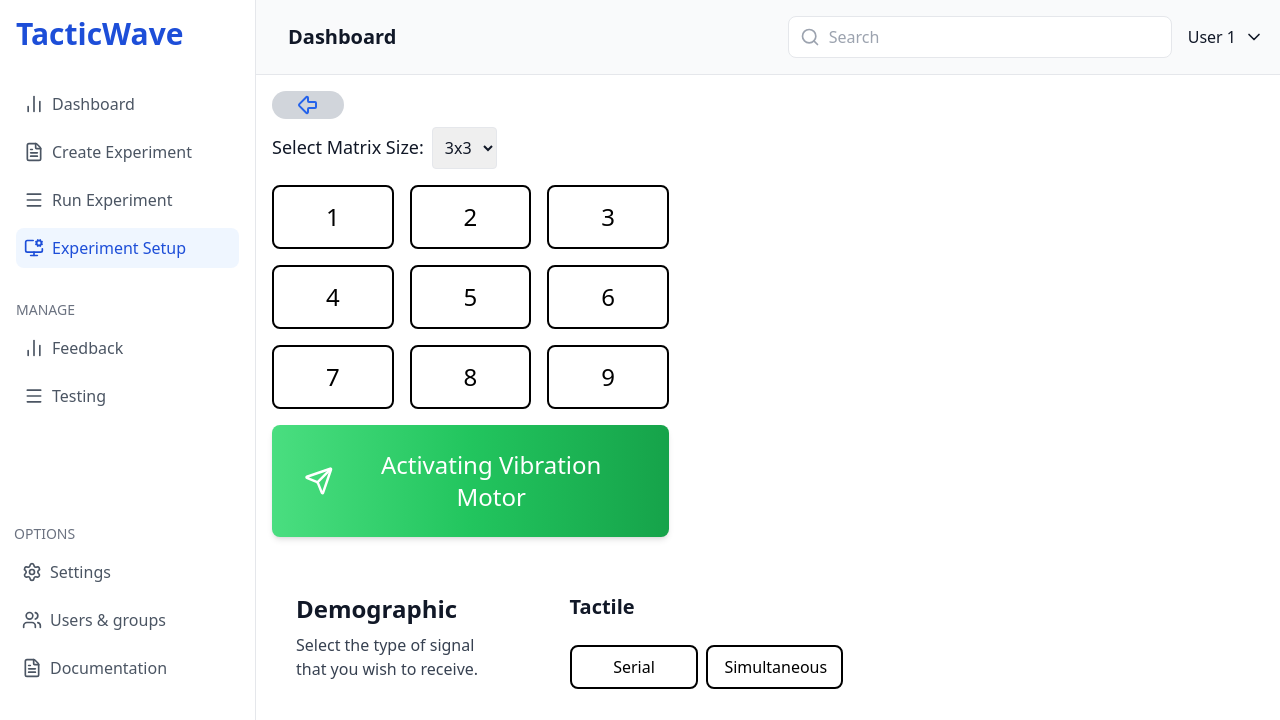
Repository: Nguyenle23/TacticWave
Page: /setup (app in Client/)
An editor plug-in stored every save of this project. The page is shown before and after the next save, followed by the edit.
The browser window is 1280 px wide. The pictures show the whole page.
An inner scrolling area shows only its first screen. The project was rebuilt for these pictures with package versions that can differ from the ones it lists, and the page was loaded fresh each time. Also part of the build but not shown: Client/vite.config.js, Client/src/components/commons/Modal.jsx, Client/src/components/dashboard/ExperimentList/ExperimentItem.jsx, Client/src/components/dashboard/ExperimentList/ExperimentList.jsx, Client/src/components/dashboard/Statistics/StatisticsCard.jsx, Client/src/components/dashboard/Statistics/Statistics.jsx, Client/src/components/dashboard/Dashboard.jsx, Client/src/pages/DashboardPage.jsx and 7 more.

Above is the page before, as saved 2024-12-06 20:13:01.

### Client/index.html
<!doctype html>
<html lang="en">
  <head>
    <meta charset="UTF-8" />
    <link rel="icon" type="image/svg+xml" href="/vite.svg" />
    <meta name="viewport" content="width=device-width, initial-scale=1.0" />
    <title>TacticWave</title>
  </head>
  <body>
    <div id="root"></div>
    <script type="module" src="/src/main.jsx"></script>
  </body>
</html>

### Client/src/index.css
/* index.css */
@tailwind base;
@tailwind components;
@tailwind utilities;

/* Custom styles for the project */
body {
  @apply bg-gray-100 text-gray-900;
}

h1, h2, h3, h4, h5, h6 {
  @apply font-semibold;
}

a {
  @apply text-blue-600 hover:text-blue-800;
}

button {
  @apply bg-blue-600 text-white rounded-lg px-4 py-2 hover:bg-blue-700;
}

input, textarea {
  @apply border rounded-lg px-4 py-2 focus:outline-none focus:ring-2 focus:ring-blue-500;
}

### Client/src/pages/ExperimentSetupPage.jsx
import React from "react";
import { Layout } from "../components/layouts/Layout";
import { ExperimentSetup } from "../components/dashboard/ExperimentSetup/ExperimentSetup";

const ExperimentSetupPage = () => {
  return (
    <Layout>
      <ExperimentSetup />
    </Layout>
  );
};

export default ExperimentSetupPage;

### Client/src/components/layouts/Layout.jsx
//layout
import React, { useState } from 'react';
import { Sidebar } from './sidebar/Sidebar';
import { Header } from './header/Header';
import { Navbar } from './navbar/Navbar';

export const Layout = ({ children }) => {
  const [isMobileNavOpen, setIsMobileNavOpen] = useState(false);

  return (
    <div className="flex h-screen">
      <Sidebar />
      <Navbar
        isOpen={isMobileNavOpen}
        onClose={() => setIsMobileNavOpen(false)}
      />
      <div className="flex-1 flex flex-col w-full max-h-screen">
        <Header onMenuClick={() => setIsMobileNavOpen(true)} />
        <main className="flex-1 overflow-auto bg-white">
          {children}
        </main>
      </div>
    </div>
  );
};

### Client/src/components/dashboard/ExperimentSetup/ExperimentSetup.jsx
import React, { useState, useEffect } from "react";
import { Link } from "react-router-dom";
import { ArrowBigLeft, Send } from "lucide-react";
import { Button } from "../../commons/Button";
import { NodeConfiguration } from "../../commons/NodeConfiguration";
import { runExp } from "../../apis/callAPI";
import SwitchButton from "../../commons/Switch";

export const ExperimentSetup = () => {
  const [matrixSize, setMatrixSize] = useState(3);
  const [buttonProperty, setButtonProperty] = useState(1); // Initialize to default node
  const [intensity, setIntensity] = useState(0);
  const [duration, setDuration] = useState(0);
  const [order, setOrder] = useState(1);
  const [listings, setListings] = useState([]); // Tracks saved nodes
  const [error, setError] = useState("");
  const [type, setType] = useState(null); // State for Sequential/Simultaneous
  const [openSeq, setOpenSeq] = useState(false);
  const [openSerial, setOpenSerial] = useState(false);
  const [delay, setDelay] = useState(undefined);
  const [delayPerNode, setDelayPerNode] = useState(undefined);

  // Update buttonProperty when matrixSize changes
  useEffect(() => {
    setButtonProperty(null);
  }, [matrixSize]);

  const getSliderBackground = (value, max) => {
    const percentage = (value / max) * 100;
    return `linear-gradient(to right, #3B82F6 0%, #3B82F6 ${percentage}%, #E5E7EB ${percentage}%, #E5E7EB 100%)`;
  };

  const handleSwitchChange = (newState) => {
    setType(newState ? "Overlap" : "Serial");
  };

  const saveAndOut = () => {
    if (!openSerial && (!intensity || !duration)) {
      setError("Please fill out all required fields!");
      return;
    }

    const newListing = {
      node: buttonProperty,
      intensity: parseInt(intensity, 10) || 0, // Default to 0 if empty
      duration: parseFloat(duration, 10) || 0, // Default to 0 if empty
      order: order,
    };

    // Update listings to highlight saved nodes
    setListings((prevListings) => {
      const updatedListings = [...prevListings];
      const existingIndex = updatedListings.findIndex(
        (item) => item.node === buttonProperty
      );
      if (existingIndex >= 0) {
        updatedListings[existingIndex] = newListing; // Update existing entry
      } else {
        updatedListings.push(newListing); // Add new entry
      }
      return updatedListings;
    });

    // Reset fields after saving
    setButtonProperty(0); // Reset to default node if needed
    setIntensity(0);
    setDuration(0);
    setOrder(order);
  };

  // Initialize matrix orders
  const initialOrders = {};
  for (let row = 0; row < matrixSize; row++) {
    for (let col = 0; col < matrixSize; col++) {
      initialOrders[`${row}-${col}`] = row * matrixSize + col + 1;
    }
  }
  const [orders, setOrders] = useState(initialOrders);

  const handleMatrixSizeChange = (event) => {
    setListings([]);
    const size = parseInt(event.target.value, 10);
    setMatrixSize(size);
    setOrders(() => {
      const newOrders = {};
      for (let row = 0; row < size; row++) {
        for (let col = 0; col < size; col++) {
          newOrders[`${row}-${col}`] = row * size + col + 1;
        }
      }
      return newOrders;
    });
  };

  const handleClick = (row, col) => {
    const order = orders[`${row}-${col}`];
    setButtonProperty(order);
    setIntensity(0);
    setDuration(0);
  };

  const handleSimultaneous = () => {
    setOpenSeq(false);
    setOpenSerial(false);
    setDelay(undefined);
    setType("Simultaneous");
  };

  const handleSerial = () => {
    setOpenSeq(false);
    setDelay(undefined);
    setOpenSerial(true);
    setType("Serial");
  };

  const isNodeSaved = (node) => listings.some((item) => item.node === node);

  // Handle Submit button click
  const handleSubmit = async () => {
    try {
      const payload = {
        listings,
        type,
      };

      // Add delay if it is not undefined
      if (delay !== undefined) {
        payload.delay = delay;
      }

      if (type !== null && delayPerNode !== undefined) {
        // Transform listings to only include node values
        const transformedListings = listings.map((item) => item.node);
        const transformedDurations = listings.map((item) => item.duration);
        const transformedIntensities = listings.map((item) => item.intensity);

        payload.listings = transformedListings; // Replace listings with transformed array
        payload.duration = transformedDurations; // Ensure it's a number
        payload.intensity = transformedIntensities; // Ensure it's a number
        payload.delay = parseFloat(delayPerNode); // Ensure it's a number
        payload.type = type;
      }
      console.log("Payload:", payload);
      const response = await runExp(payload);
      // console.log("Response:", response.data);
      // setListingsNode(response.data);
    } catch (error) {
      console.error("Error running experiment:", error);
    }
  };

  return (
    <div className="flex flex-row md:flex-col w-full h-fit bg-gray-10 gap-8 my-4 px-4">
      {/* Setup demographic*/}
      <div className="md:w-2/5 w-full">
        {/* Top navigation and action buttons */}
        <div className="flex items-center justify-between mb-2">
          <Link
            to="/"
            className="px-6 py-0.5 bg-gray-300 rounded-full mr-2 hover:bg-gray-400"
          >
            <ArrowBigLeft />
          </Link>
        </div>

        <div className="mb-4">
          <label htmlFor="matrix-size" className="mr-2 text-lg font-medium">
            Select Matrix Size:
          </label>
          <select
            id="matrix-size"
            value={matrixSize}
            onChange={handleMatrixSizeChange}
            className="p-2 border rounded"
          >
            <option value="3">3x3</option>
            <option value="4">4x4</option>
            <option value="5">5x5</option>
          </select>
        </div>
        {/* <p>{JSON.stringify(type)}</p> */}

        {/* Matrix Display */}
        <div
          className={`grid grid-cols-${matrixSize} gap-4 mt-1`}
          style={{
            gridTemplateColumns: `repeat(${matrixSize}, minmax(0, 1fr))`,
          }}
        >
          {Array.from({ length: matrixSize }).map((_, row) =>
            Array.from({ length: matrixSize }).map((_, col) => {
              const node = orders[`${row}-${col}`];
              return (
                <Button
                  key={`${row}-${col}`}
                  onClick={() => handleClick(row, col)}
                  className={`w-full h-16 rounded-3xl flex items-center justify-center text-2xl font-bold transition-all duration-200 ${
                    buttonProperty === node || isNodeSaved(node)
                      ? "bg-blue-800 text-white shadow-md"
                      : "bg-white text-black hover:bg-gray-300 border-2 border-solid border-black"
                  }`}
                >
                  {node}
                </Button>
              );
            })
          )}
        </div>

        {/* Submit Button */}
        <div className="mt-4 flex items-center justify-center w-full">
          <Button
            onClick={handleSubmit}
            className="w-full px-8 py-6 bg-gradient-to-r from-green-400 via-green-500 to-green-600 text-white text-2xl font-bold rounded-full shadow-md hover:shadow-lg hover:from-green-500 hover:to-green-700 flex items-center justify-center transition-all duration-300"
          >
            <Send size={30} className="mr-3" />
            Activating Vibration Motor
          </Button>
        </div>
        {/* Sequential and Simultaneous Buttons */}
      </div>

      <div className="md:w-3/5 w-full flex flex-col">
        <div className="flex justify-between items-start p-6">
          {/* Phần "hello" bên trái */}
          <div className="w-4/12">
            <h1 className="text-2xl font-bold mb-2">Demographic</h1>
            <p className="text-gray-700">
              Select the type of signal that you wish to receive.
            </p>
          </div>

          {/* Phần bên phải theo cột */}
          <div className="w-6/12 flex flex-col space-y-4">
            {/* Nhóm Nút "Serial" và "Simultaneous" */}
            <h1 className="text-xl font-bold mb-2">Tactile</h1>
            <div className="flex space-x-2">
              <Button
                onClick={handleSerial}
                className={`w-1/2 py-2 rounded transition-all duration-200 ${
                  type === "Serial" || type === "Overlap"
                    ? "bg-blue-800 text-white shadow-md"
                    : "bg-white border-2 border-solid border-black  hover:bg-gray-300 hover:text-black"
                }`}
              >
                Serial
              </Button>
              <Button
                onClick={handleSimultaneous}
                className={`w-1/2 py-2 rounded transition-all duration-200 ${
                  type === "Simultaneous"
                    ? "bg-blue-800 text-white shadow-md"
                    : "bg-white border-2 border-solid border-black  hover:bg-gray-300 hover:text-black"
                }`}
              >
                Simultaneous
              </Button>
            </div>

            {/* Các thành phần điều kiện khi chọn Serial hoặc Overlap */}
            {(openSeq || openSerial) && (
              <div className="flex flex-col space-y-4">
                {openSeq && (
                  <div>
                    <label className="block text-lg font-medium text-gray-700 mb-2">
                      Duration (0 - 15): {delay}
                    </label>
                    <div className="relative">
                      <input
                        type="range"
                        min="0"
                        max="15"
                        value={delay}
                        onChange={(e) => setDelay(e.target.value)}
                        className="w-full h-2 bg-gray-200 rounded-lg appearance-none cursor-pointer
                               focus:outline-none focus:ring-0
                               [&::-webkit-slider-thumb]:appearance-none [&::-webkit-slider-thumb]:w-4
                               [&::-webkit-slider-thumb]:h-4 [&::-webkit-slider-thumb]:bg-blue-500
                               [&::-webkit-slider-thumb]:rounded-full [&::-webkit-slider-thumb]:cursor-pointer
                               [&::-webkit-slider-thumb]:transition-all [&::-webkit-slider-thumb]:duration-150
                               [&::-webkit-slider-thumb]:hover:scale-110
                               [&::-moz-range-thumb]:appearance-none [&::-moz-range-thumb]:w-4
                               [&::-moz-range-thumb]:h-4 [&::-moz-range-thumb]:bg-blue-500
                               [&::-moz-range-thumb]:border-0
                               [&::-moz-range-thumb]:rounded-full [&::-moz-range-thumb]:cursor-pointer
                               [&::-moz-range-thumb]:transition-all [&::-moz-range-thumb]:duration-150
                               [&::-moz-range-thumb]:hover:scale-110
                               [&::-moz-range-progress]:bg-blue-500 [&::-moz-range-progress]:rounded-l-lg
                               [&::-moz-range-track]:bg-gray-200 [&::-moz-range-track]:rounded-lg"
                        style={{
                          background: getSliderBackground(delay, 15),
                        }}
                      />
                    </div>
                  </div>
                )}

                {openSerial && (
                  <>
                    <SwitchButton
                      isOn={type === "Overlap"}
                      onSwitchChange={handleSwitchChange}
                    />

                    <div>
                      <label className="block text-lg font-medium text-gray-700 mb-2">
                        Delay between nodes (0 - 15): {delayPerNode}
                      </label>
                      <div className="relative">
                        <input
                          type="range"
                          min="0"
                          max="15"
                          step="0.1"
                          value={delayPerNode}
                          onChange={(e) => setDelayPerNode(e.target.value)}
                          className="w-full h-2 bg-gray-200 rounded-lg appearance-none cursor-pointer
                                 focus:outline-none focus:ring-0
                                 [&::-webkit-slider-thumb]:appearance-none [&::-webkit-slider-thumb]:w-4
                                 [&::-webkit-slider-thumb]:h-4 [&::-webkit-slider-thumb]:bg-blue-500
                                 [&::-webkit-slider-thumb]:rounded-full [&::-webkit-slider-thumb]:cursor-pointer
                                 [&::-webkit-slider-thumb]:transition-all [&::-webkit-slider-thumb]:duration-150
                                 [&::-webkit-slider-thumb]:hover:scale-110
                                 [&::-moz-range-thumb]:appearance-none [&::-moz-range-thumb]:w-4
                                 [&::-moz-range-thumb]:h-4 [&::-moz-range-thumb]:bg-blue-500
                                 [&::-moz-range-thumb]:border-0
                                 [&::-moz-range-thumb]:rounded-full [&::-moz-range-thumb]:cursor-pointer
                                 [&::-moz-range-thumb]:transition-all [&::-moz-range-thumb]:duration-150
                                 [&::-moz-range-thumb]:hover:scale-110
                                 [&::-moz-range-progress]:bg-blue-500 [&::-moz-range-progress]:rounded-l-lg
                                 [&::-moz-range-track]:bg-gray-200 [&::-moz-range-track]:rounded-lg"
                          style={{
                            background: getSliderBackground(delayPerNode, 15),
                          }}
                        />
                      </div>
                    </div>
                  </>
                )}
              </div>
            )}
          </div>
        </div>

        {/* Slider Controls */}

        {buttonProperty && (
          <div className="flex justify-between items-start p-6">
            <NodeConfiguration
              isSerial={openSerial}
              isEdit={false}
              nodeNumber={buttonProperty}
              intensity={intensity}
              setIntensity={setIntensity}
              duration={duration}
              setDuration={setDuration}
              order={order}
              setOrder={setOrder}
              listings={listings}
              onClose={() => setButtonProperty(1)} // Reset to default node on close
              onSave={saveAndOut}
              error={error}
            />
          </div>
        )}
      </div>
    </div>
  );
};

### Client/src/components/layouts/header/Header.jsx
import React from "react";
import { Menu, ChevronDown } from "lucide-react";
import { SearchBar } from "../../commons/SearchBar";

export const Header = ({ onMenuClick }) => {
  return (
    <div className="flex justify-between items-center p-4 border-b bg-gray-50">
      <div className="flex items-center space-x-4">
        <button onClick={onMenuClick} className="lg:hidden p-2">
          <Menu size={24} />
        </button>
        <h2 className="text-xl font-semibold">Dashboard</h2>
      </div>
      <div className="flex items-center space-x-4">
        <SearchBar className="hidden md:block w-48 lg:w-96" />
        <div className="flex items-center space-x-2 cursor-pointer">
          <span>User 1</span>
          <ChevronDown size={20} />
        </div>
      </div>
    </div>
  );
};

### Client/src/components/layouts/navbar/Navbar.jsx
import React from 'react';
// import { X } from 'lucide-react';
// import { SidebarItem } from './Sidebar';
// import { NAVIGATION_ITEMS, MANAGE_ITEMS } from '../../constants/navigation';

export const Navbar = ({ isOpen, onClose }) => {
  return (
    <div className={`lg:hidden fixed inset-0 z-50 ${isOpen ? 'block' : 'hidden'}`}>
      <div className="absolute inset-0 bg-black bg-opacity-50" onClick={onClose} />
      <div className="absolute inset-y-0 left-0 w-64 bg-white shadow-xl">
        {/* ... Same content as Sidebar but with close button ... */}
      </div>
    </div>
  );
};

### Client/src/components/apis/callAPI.jsx
import axios from "axios";

const url_base = "http://localhost:5555";

export const getAllRecords = async () => {
  try {
    const response = await axios.get(`${url_base}/record/`);
    return response;
  } catch (error) {
    console.error("Server Response:", error.response.data);
    throw error;
  }
};

export const createRecord = async (data) => {
  try {
    const response = await axios.post(`${url_base}/record/`, data);
    return response;
  } catch (error) {
    console.error("Server Response:", error.response.data);
    throw error;
  }
};

export const submitFeedback = async (data) => {
  try {
    console.log(data);
    const response = await axios.post(`${url_base}/feedback/`, data);
    return response;
  } catch (error) {
    console.error("Server Response:", error.response.data);
    throw error;
  }
}

export const runExp = async (data) => {
  try {
    const response = await axios.post(`${url_base}/runexp/`, data);
    return response;
  } catch (error) {
    console.error("Server Response:", error.response.data);
    throw error;
  }
};

### Client/src/components/commons/Button.jsx
//button
import React from 'react';

export const Button = ({
  children,
  variant = 'primary',
  className = '',
  ...props
}) => {
  const baseStyles = 'px-4 py-2 rounded-lg font-medium transition-colors';
  const variants = {
    primary: 'bg-blue-600 text-black hover:bg-blue-700',
    secondary: 'text-white-600 hover:text-black-700',
  };

  return (
    <button
      className={`${baseStyles} ${variants[variant]} ${className}`}
      {...props}
    >
      {children}
    </button>
  );
};

### Client/src/constants/navigation.jsx
export const NAVIGATION_ITEMS = [
  { icon: 'BarChart2', label: 'Dashboard', path: '/' },
  { icon: 'FileText', label: 'Create Experiment', path: '/matrix' },
  { icon: 'Menu', label: 'Run Experiment', path: '/run' },
  { icon: 'MonitorCogIcon', label: 'Experiment Setup', path: '/setup' },
];

export const MANAGE_ITEMS = [
  { icon: 'BarChart2', label: 'Feedback', path: '/manage/dashboard' },
  { icon: 'Menu', label: 'Testing', path: '/manage/run' },
];

export const OPTION_ITEMS = [
  { icon: 'Settings', label: 'Settings', path: '/manage/settings' },
  { icon: 'Users', label: 'Users & groups', path: '/manage/users' },
  { icon: 'FileText', label: 'Documentation', path: '/manage/docs' },
];

### Client/src/components/layouts/sidebar/SidebarItem.jsx
import React from "react";
import * as Icons from "lucide-react";
import { useLocation } from "react-router-dom";

export const SidebarItem = ({ icon, label, path, onClick }) => {
  const Icon = Icons[icon];
  const location = useLocation();
  const active = location.pathname === path;

  const handleClick = (e) => {
    if (onClick) {
      e.preventDefault(); // Prevent default navigation
      onClick(); // Trigger the modal or custom behavior
    }
  };

  return (
    <a
      href={path} // Use `href` to maintain a clickable link for accessibility
      onClick={handleClick}
      className={`flex items-center space-x-2 p-2 rounded-lg cursor-pointer
        ${active ? 'bg-blue-50 text-blue-700' : 'text-gray-600 hover:bg-gray-100'}`}
    >
      <Icon size={20} />
      <span>{label}</span>
    </a>
  );
};

### Client/src/components/commons/SearchBar.jsx
import React from 'react';
import { Search } from 'lucide-react';

export const SearchBar = ({ className = '', ...props }) => {
  return (
    <div className={`relative ${className}`}>
      <Search
        className="absolute left-3 top-1/2 transform -translate-y-1/2 text-gray-400"
        size={20}
      />
      <input
        type="text"
        placeholder="Search"
        className="pl-10 pr-4 py-2 border rounded-lg w-full focus:outline-none focus:ring-2 focus:ring-blue-500"
        {...props}
      />
    </div>
  );
};

Loaded but not shown: Client/src/main.jsx (common file); Client/tailwind.config.js (10 lines, source omitted); Client/src/components/commons/NodeConfiguration.jsx (149 lines, source omitted); Client/src/App.jsx (122 lines, source omitted); Client/src/components/layouts/sidebar/Sidebar.jsx (73 lines, source omitted)

After the next save:
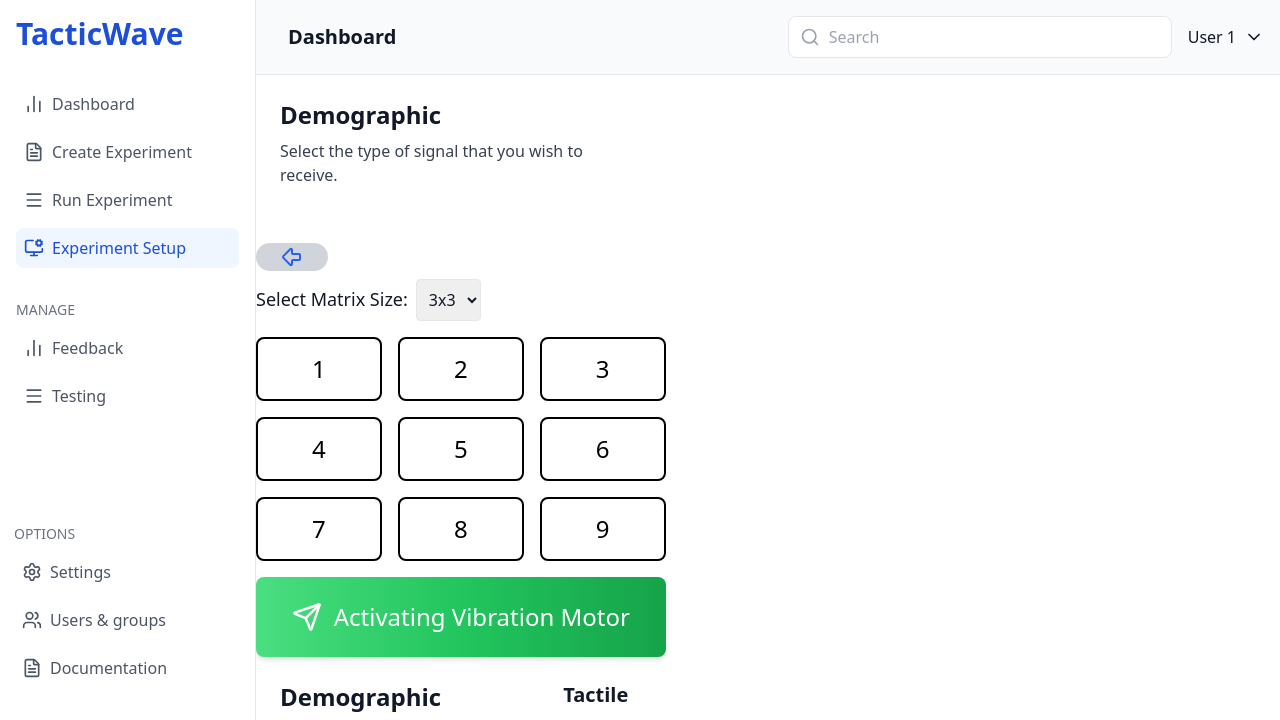
Saved 4 min 19 s later.
--- a/Client/src/components/dashboard/ExperimentSetup/ExperimentSetup.jsx
+++ b/Client/src/components/dashboard/ExperimentSetup/ExperimentSetup.jsx
@@ -150,7 +150,19 @@ export const ExperimentSetup = () => {
   };
 
   return (
-    <div className="flex flex-row md:flex-col w-full h-fit bg-gray-10 gap-8 my-4 px-4">
+    <div className="flex flex-row md:flex-col">
+      <div className="flex justify-between items-start p-6">
+        {/* Phần "hello" bên trái */}
+        <div className="w-4/12">
+          <h1 className="text-2xl font-bold mb-2">Demographic</h1>
+          <p className="text-gray-700">
+            Select the type of signal that you wish to receive.
+          </p>
+        </div>
+      </div>
+      <div className="flex flex-col md:flex-row w-full h-fit bg-gray-10 gap-8 my-4 px-4">
+
+      </div>
       {/* Setup demographic*/}
       <div className="md:w-2/5 w-full">
         {/* Top navigation and action buttons */}
